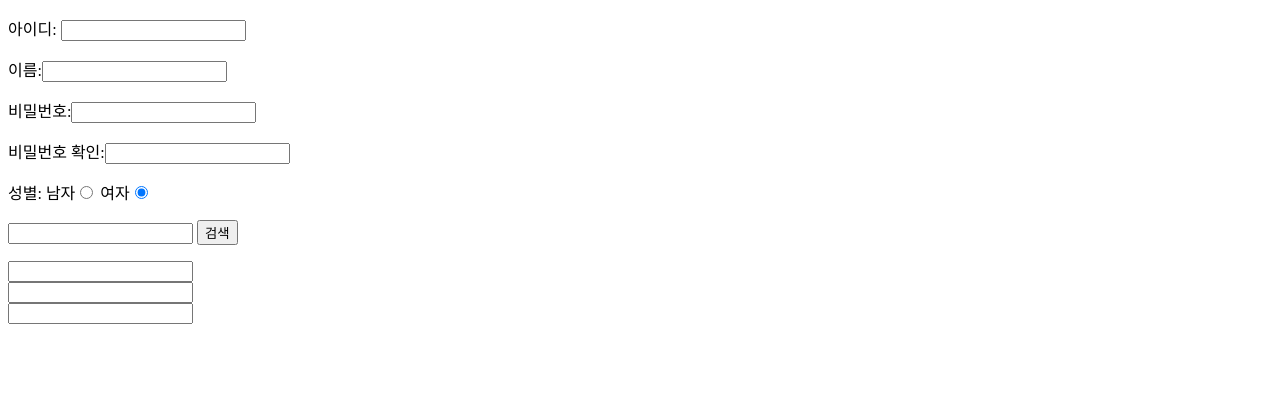
Repository: zoselakt/My_practice_JSP
Page: http://localhost/day08/join.jsp
The author's editor kept a copy of each file at every save. The page is drawn from the files as they stood at one save, then again after the next save.
The browser window is 1280 px wide. The pictures show the whole page.
The page is served by Tomcat 9. Other server files are loaded and not shown.

Above is the page before, as saved 2022-03-01 08:59:13.

### day08/WebContent/join.jsp
<%@ page language="java" contentType="text/html; charset=UTF-8"
    pageEncoding="UTF-8"%>
<!DOCTYPE html>
<html>
<head>
<meta charset="UTF-8">
<title>회원가입</title>
</head>
<body>
	<form action="join_db.jsp" method="post" name="joinForm">
		<p>
			<label>아이디: <input type="text" name="id"></label>
		</p>

		<p id="result"></p>
		<p><label>이름:<input type="text" name="name"></label></p>
		<p><label>비밀번호:<input type="password" name="password"></label></p>
		<p><label>비밀번호 확인:<input type="password" name="password_re"></label></p>
		<p>
			성별:
			남자<input type="radio" name="gender" value="남자" checked>
			여자<input type="radio" name="gender" value="남자" checked>
		</p>

		<p>
			<label>
				<input type="text" name="" class="postcodify_postcode5" value="" />
				<button id="postcodify_search_button">검색</button><br />
			</label>
		</p>
<input type="text" name="" class="postcodify_address" value="" /><br />
<input type="text" name="" class="postcodify_details" value="" /><br />
<input type="text" name="" class="postcodify_extra_info" value="" /><br />
	</form>
</body>
</html>

After the next save:
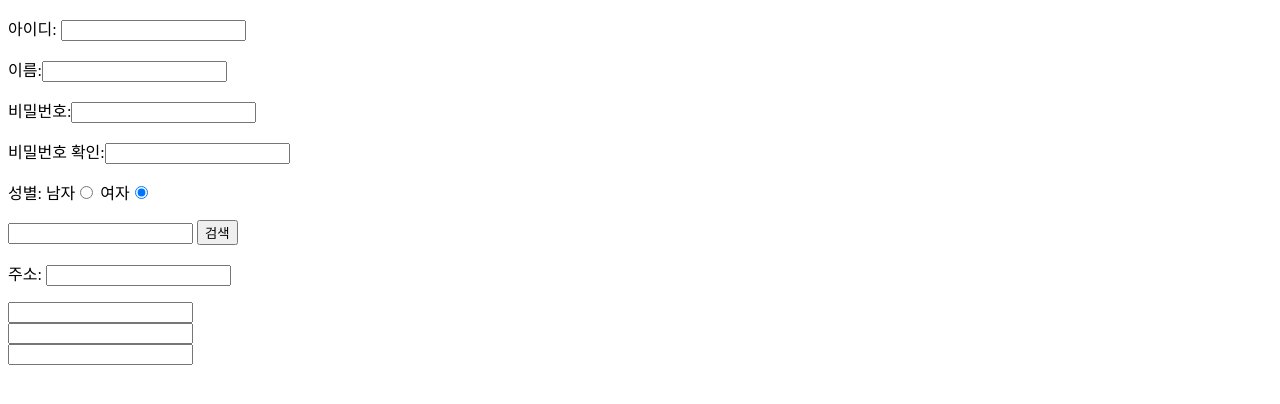
Saved 48 s later.
--- a/day08/WebContent/join.jsp
+++ b/day08/WebContent/join.jsp
@@ -28,6 +28,19 @@
 				<button id="postcodify_search_button">검색</button><br />
 			</label>
 		</p>
+
+		<p>
+			<label>
+				주소:
+				<input type="text" name="" class="postcodify_address" value="" /><br />
+			</label>
+		</p>
+
+		<p>
+			<label>
+
+			</label>
+		</p>
 <input type="text" name="" class="postcodify_address" value="" /><br />
 <input type="text" name="" class="postcodify_details" value="" /><br />
 <input type="text" name="" class="postcodify_extra_info" value="" /><br />
